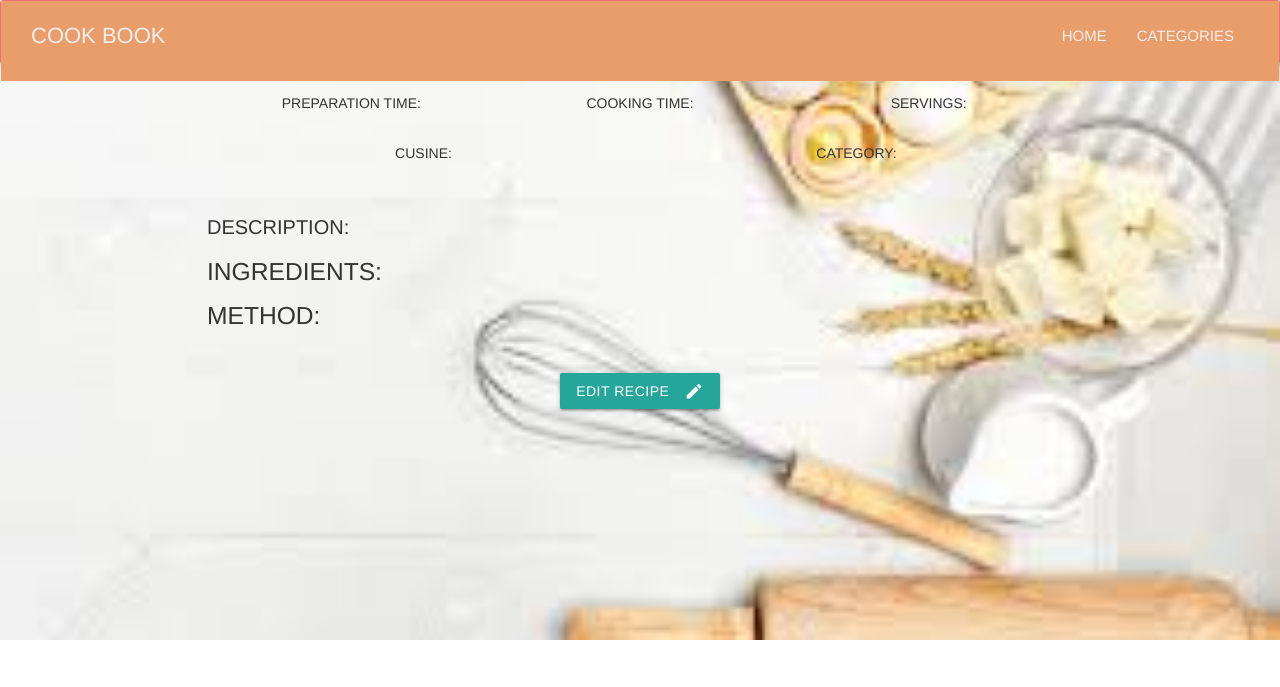
Repository: atena123/COOK-BOOK
Page: templates/viewrecipe.html
The author's editor kept a record of every edit. The page is drawn from the files as they stood at one moment, then again after the next edit.
The browser window is 1280 px wide. The pictures show the whole page.
Some web libraries are served in a nearby version. The page is served by the project's application, run on Flask 3 (app.py). The template is opened directly, without the code that normally fills it, so the values that code supplies are empty.

Above is the page before.

After the next edit:
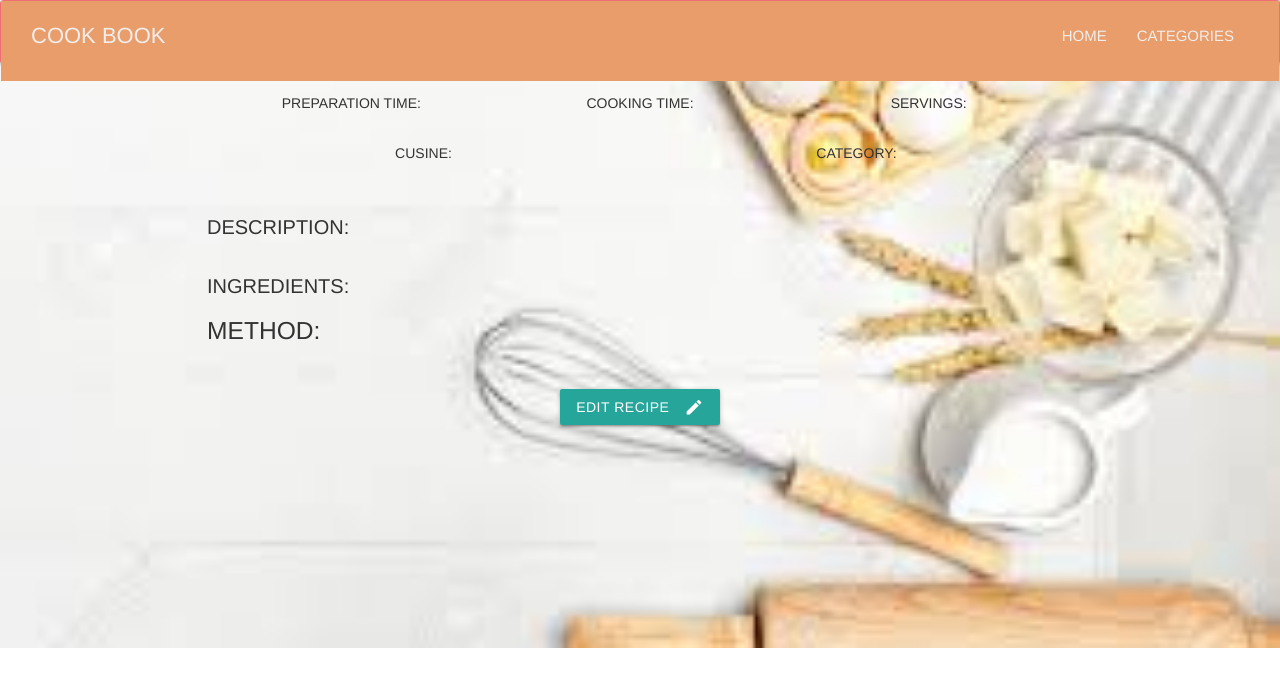
The edit:
--- a/templates/viewrecipe.html
+++ b/templates/viewrecipe.html
@@ -31,7 +31,7 @@
         {{recipe.recipe_description}}
 
 
-        <h5>INGREDIENTS:</h5>
+        <p class="large-heading">INGREDIENTS:</p>
         {{recipe.recipe_ingredients}}
 
 
